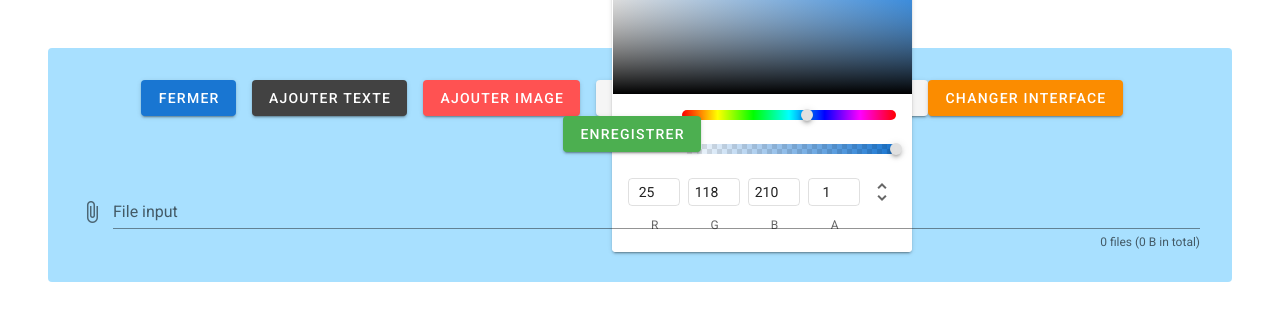
Repository: Hamagistral/BannerApp-Vue
Page: /#/dynamicPage
An editor plug-in stored every save of this project. The page is shown before and after the next save, followed by the edit.
The browser window is 1280 px wide. The pictures show the whole page.
The project was rebuilt for these pictures with package versions that can differ from the ones it lists, and the page was loaded fresh each time. Also part of the build but not shown: vue.config.js, src/components/WidgetText.vue, src/components/WidgetImage.vue, src/components/Home.vue.

Above is the page before, as saved 2023-02-07 01:49:19.

After the next save:
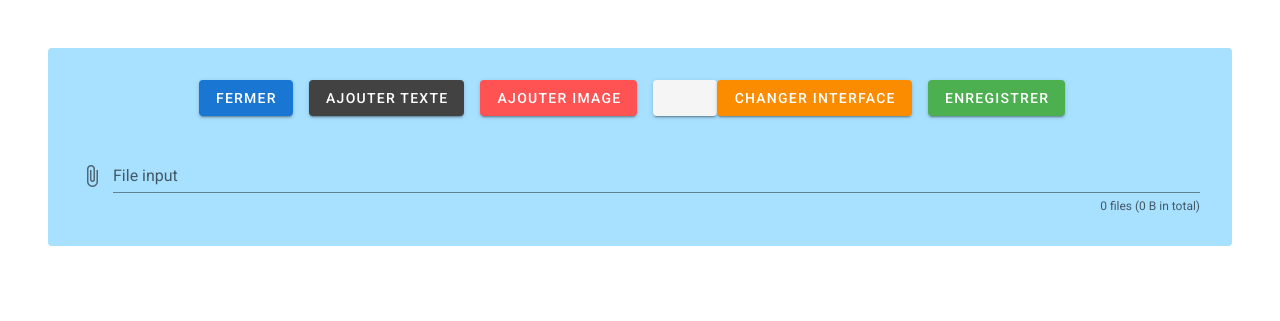
Saved 11 s later.
--- a/src/components/DynamicPage.vue
+++ b/src/components/DynamicPage.vue
@@ -15,13 +15,18 @@
         </v-btn>
 
         <v-btn>
-
+              <template v-slot:append>
+                <v-menu v-model="menu" top nudge-bottom="105" nudge-left="16" :close-on-content-click="false">
+                  <template v-slot:activator="{ on }">
+                    <div :style="swatchStyle" v-on="on" />
+                  </template>
                   <v-card>
                     <v-card-text class="pa-0">
                       <v-color-picker v-model="color" flat />
                     </v-card-text>
                   </v-card>
-
+                </v-menu>
+              </template>
         </v-btn>
 
         <v-btn color="warning" class="mr-4">
